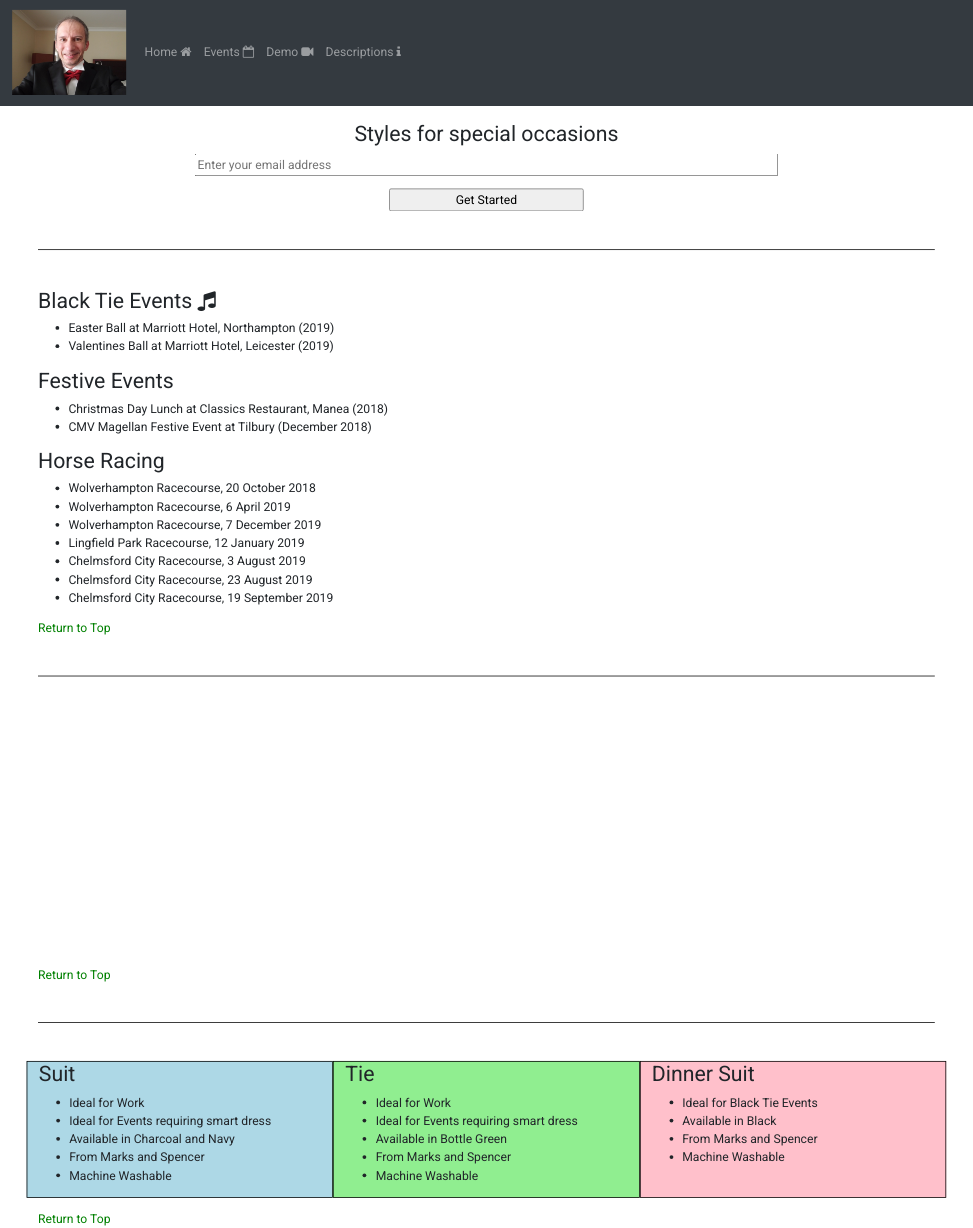
Repository: derektypist/product-landing-page
Page: index.html
The author's editor kept a record of every edit. The page is drawn from the files as they stood at one moment, then again after the next edit.
The browser window is 1280 px wide. The pictures show the whole page, at 76% of full size.
Pictures or frames that could not be fetched are drawn as grey boxes.

Above is the page before.

### index.html
<!DOCTYPE html>
<html lang="en">

<head>
    <meta charset="UTF-8">
    <meta name="viewport" content="width=device-width, initial-scale=1.0">
    <meta http-equiv="X-UA-Compatible" content="ie=edge">
    <title>Product Landing Page</title>
    <!-- Load Style Sheets -->
    <link rel="stylesheet" href="https://maxcdn.bootstrapcdn.com/bootstrap/4.4.1/css/bootstrap.min.css" integrity="sha384-Vkoo8x4CGsO3+Hhxv8T/Q5PaXtkKtu6ug5TOeNV6gBiFeWPGFN9MuhOf23Q9Ifjh" crossorigin="anonymous">
    <link rel="stylesheet" href="https://maxcdn.bootstrapcdn.com/font-awesome/4.7.0/css/font-awesome.min.css" type="text/css" />
    <link href="https://fonts.googleapis.com/css?family=Roboto&display=swap" rel="stylesheet">
    <style>
        /* Main Body */

        #mainbody {
            font-family: "Roboto", Arial, Verdana, sans-serif;
            padding-top: 150px;
        }

        /* Header and Navigation */

        #header {
            padding-bottom: 10px;
        }

        #header-img {
            max-height: 112px;
        }

        #nav-bar {
            padding-bottom: 10px;
        }

        a {
            text-decoration: none;
            color: green;
        }

        a:hover {
            text-decoration: none;
            color: fuchsia;
        }

        /* Form */

        #form {
            text-align: center;
            width: 100%;
            display: block;
            margin: auto;
        }

        input {
            width: 60%;
        }

        input[type=submit] {
            width: 20%;
        }

        /* Horizontal Rule */

        hr {
            border-color: black;
            margin: 50px;
        }



        /* Events */

        #events {
            margin-left: 50px;
        }

        /* Demo */

        #demo {
            margin-left: 50px;
        }

        #video {
            max-width: 100%;
            display: block;
            margin: auto;
        }

        /* Descriptions */

        #descriptions {
            margin-left: 50px;
            margin-right: 50px;
        }

        .suit {
            background-color: lightblue;
            border: 1px solid black;
        }

        .tie {
            background-color: lightgreen;
            border: 1px solid black;
        }

        .dinnersuit {
            background-color: pink;
            border: 1px solid black;
        }
    </style>
</head>

<body id="mainbody">
    <!-- Set Up Header -->
    <header id="header">
        <!-- Set Up Navigation with Image -->
        <nav class="navbar navbar-expand navbar-dark bg-dark fixed-top" id="nav-bar">
            <a class="navbar-brand" href="index.html"><img src="derek.JPG" title="Derek Dhammaloka" alt="Derek Dhammaloka" id="header-img"></a>
            <button class="navbar-toggler" type="button" data-toggle="collapse" data-target="navbarSupportedContent" aria-controls="navbarSupportedContent" aria-expanded="false" aria-label="Toggle navigation">
    <span class="navbar-toggler-icon"></span>
  </button>
            <div class="collapse navbar-collapse" id="navbarSupportedContent">
                <ul class="navbar-nav mr-auto">
                    <li class="nav-item">
                        <a class="nav-link" href="#top">Home <i class="fa fa-home" aria-hidden="true"></i></a>
                    </li>
                    <li class="nav-item">
                        <a class="nav-link" href="#events">Events <i class="fa fa-calendar-o" aria-hidden="true"></i></a>
                    </li>
                    <li class="nav-item">
                        <a class="nav-link" href="#demo">Demo <i class="fa fa-video-camera" aria-hidden="true"></i></a>
                    </li>
                    <li class="nav-item">
                        <a class="nav-link" href="#descriptions">Descriptions <i class="fa fa-info" aria-hidden="true"></i></a>
                    </li>
                </ul>
        </nav>
    </header>

    <!-- Set Up Main Content -->
    <main>
        <!-- Set Up Form -->
        <form action="https://www.freecodecamp.com/email-submit" id="form" target="_blank">
            <h3>Styles for special occasions</h3>
            <!-- Set Up Email Field -->
            <input type="email" id="email" name="email" placeholder="Enter your email address">
            <p></p>
            <!-- Set Up Submit Button -->
            <input type="submit" id="submit" value="Get Started">
        </form>

        <!-- Provide Horizontal Rule -->
        <hr>
        <!-- Provide Section for Events -->
        <section id="events">
            <!-- Provide Article for Black Tie Events -->
            <article>
                <p></p>
                <h3>Black Tie Events <i class="fa fa-music" aria-hidden="true"></i></h3>
                <!-- Provide List Items -->
                <ul>
                    <li>Easter Ball at Marriott Hotel, Northampton (2019)</li>
                    <li>Valentines Ball at Marriott Hotel, Leicester (2019)</li>
                </ul>
            </article>

            <!-- Provide Article for Festive Events -->
            <article>
                <p></p>
                <h3>Festive Events</h3>
                <!-- Provide List Items -->
                <ul>
                    <li>Christmas Day Lunch at Classics Restaurant, Manea (2018)</li>
                    <li>CMV Magellan Festive Event at Tilbury (December 2018)</li>
                </ul>
            </article>

            <!-- Provide Article for Horse Racing Events -->
            <article>
                <p></p>
                <h3>Horse Racing</h3>
                <!-- Provide List Items -->
                <ul>
                    <li>Wolverhampton Racecourse, 20 October 2018</li>
                    <li>Wolverhampton Racecourse, 6 April 2019</li>
                    <li>Wolverhampton Racecourse, 7 December 2019</li>
                    <li>Lingfield Park Racecourse, 12 January 2019</li>
                    <li>Chelmsford City Racecourse, 3 August 2019</li>
                    <li>Chelmsford City Racecourse, 23 August 2019</li>
                    <li>Chelmsford City Racecourse, 19 September 2019</li>
                </ul>

                <!-- Provide link to return to top -->
                <a href="#top" title="Return to Top">Return to Top</a>


            </article>
        </section>

        <!-- Provide Horizontal Rule -->
        <hr>


        <!-- Provide Section for Demo -->
        <section id="demo">
            <!-- Set Up Video using iframe -->
            <iframe id="video" width="560" height="315" src="https://www.youtube.com/embed/RiHd1c3qDkE" frameborder="0" allow="accelerometer; autoplay; encrypted-media; gyroscope; picture-in-picture" allowfullscreen></iframe>

            <p></p>
            <!-- Provide link to return to top -->
            <a href="#top" title="Return to Top">Return to Top</a>
        </section>

        <!-- Provide Horizontal Rule -->
        <hr>

        <!-- Provide Section for Descriptions -->
        <section id="descriptions">
            <article class="row">
                <article class="suit col-sm-4">
                    <!-- Provide Article for Suit -->
                    <h3>Suit</h3>
                    <ul>
                        <li>Ideal for Work</li>
                        <li>Ideal for Events requiring smart dress</li>
                        <li>Available in Charcoal and Navy</li>
                        <li>From Marks and Spencer</li>
                        <li>Machine Washable</li>
                    </ul>
                </article>
                <article class="tie col-sm-4">
                    <!-- Provide Article for Tie -->
                    <h3>Tie</h3>
                    <ul>
                        <li>Ideal for Work</li>
                        <li>Ideal for Events requiring smart dress</li>
                        <li>Available in Bottle Green</li>
                        <li>From Marks and Spencer</li>
                        <li>Machine Washable</li>
                    </ul>
                </article>
                <article class="dinnersuit col-sm-4">
                    <!-- Provide Article for Dinner Suit -->
                    <h3>Dinner Suit</h3>
                    <ul>
                        <li>Ideal for Black Tie Events</li>
                        <li>Available in Black</li>
                        <li>From Marks and Spencer</li>
                        <li>Machine Washable</li>
                    </ul>
                </article>
            </article>

        <p></p>
            <!-- Provide link to return to top -->
            <a href="#top" title="Return to Top">Return to Top</a>
        </section>
    </main>
</body>

</html>

After the next edit:
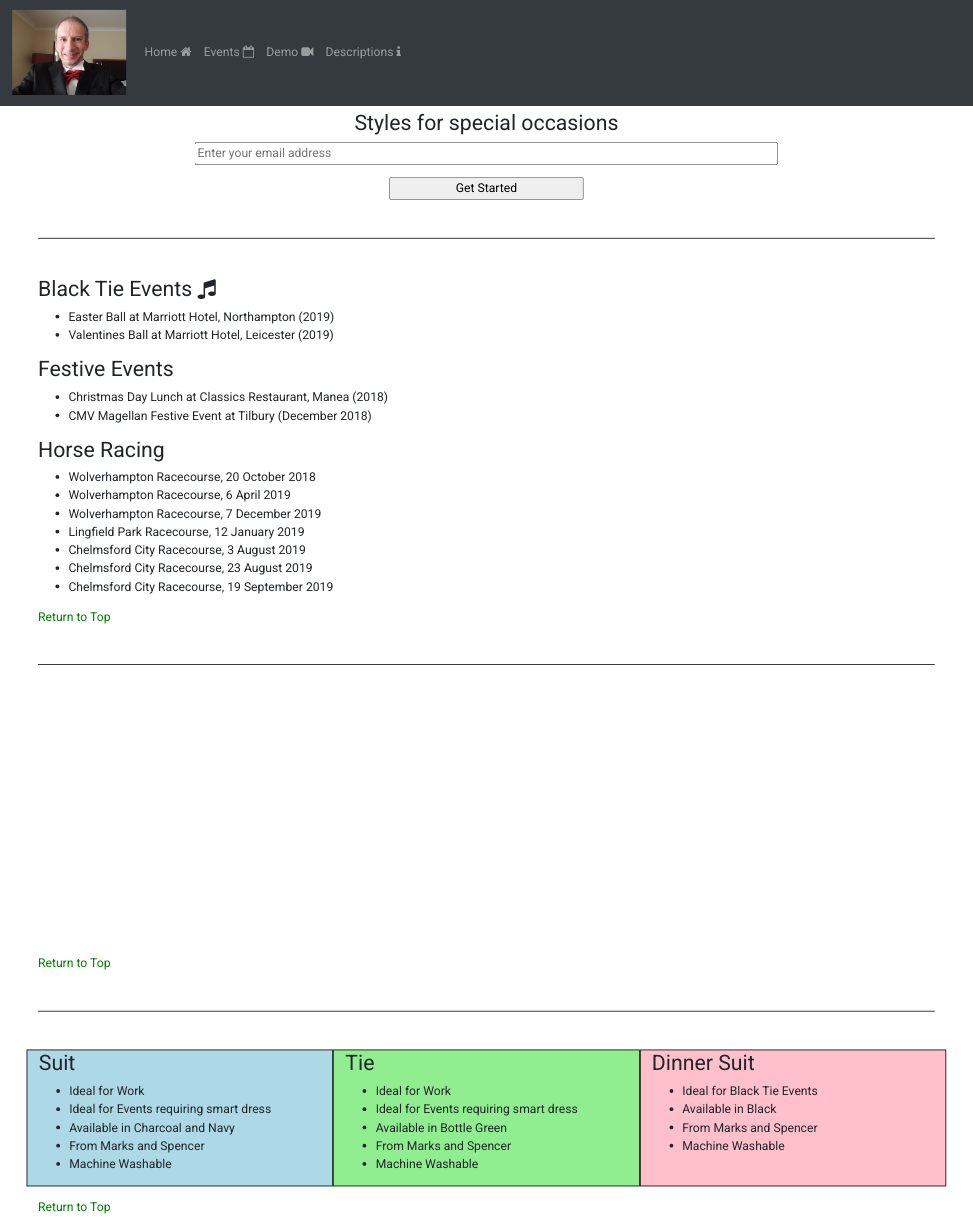
The edit:
--- a/index.html
+++ b/index.html
@@ -15,7 +15,7 @@
 
         #mainbody {
             font-family: "Roboto", Arial, Verdana, sans-serif;
-            padding-top: 150px;
+            padding-top: 135px;
         }
 
         /* Header and Navigation */
